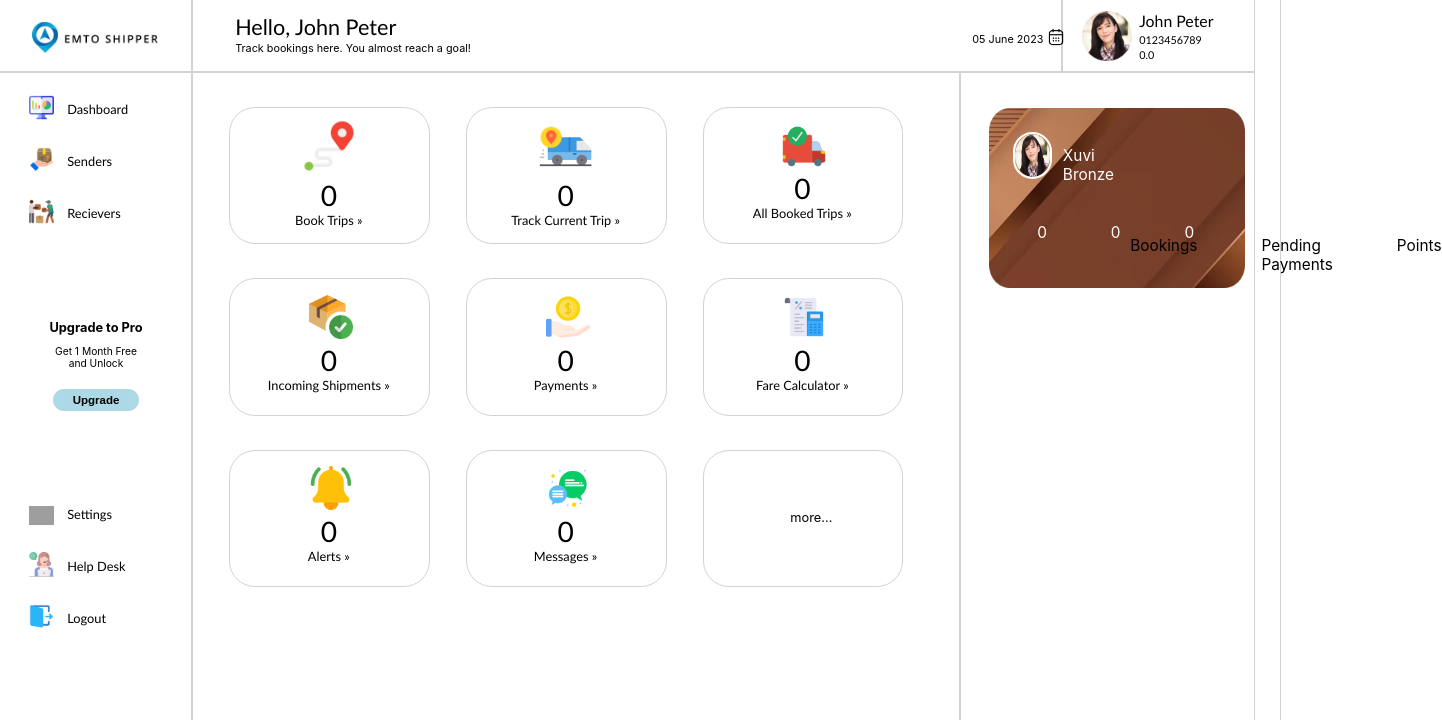
Repository: RoshanArun/Emto-Web
Page: /dashboard (app in emto/reactfirst/)
The author's editor kept a copy of each file at every save. The page is drawn from the files as they stood at one save, then again after the next save.
The browser window is 1280 px wide. The page is 1442 px wide, then 1339 px, so the pictures cover 1442 px, including what lies to the right of the window. The pictures show the whole page.
Pictures or frames that could not be fetched are drawn as grey boxes. The project was rebuilt for these pictures with package versions that can differ from the ones it lists, and the page was loaded fresh each time. Also part of the build but not shown: emto/reactfirst/src/pages/SignUp/SignUp.css, emto/reactfirst/src/pages/SignUp/SignUp.js, emto/reactfirst/src/pages/Login/Login.js.

Above is the page before, as saved 2023-07-30 02:13:24.

### emto/reactfirst/src/App.js
import React from 'react';
import './pages/Login/Login.css';
import './pages/SignUp/SignUp.css';
import './pages/DashBoard/DashBoard.css';

import { BrowserRouter as Router, Routes, Route }
    from 'react-router-dom';

import SignUp from './pages/SignUp/SignUp';
import Login from './pages/Login/Login';
import DashBoard from './pages/DashBoard/DashBoard';


function App() {
    return (
        <Router>
            <Routes>
                <Route exact path='/' element={<Login />} />
                <Route path='/sign-up' element={<SignUp />} />
                <Route path='/dashboard' element={<DashBoard />} />
            </Routes>
        </Router>
    );
}

export default App;

### emto/reactfirst/src/pages/Login/Login.css
.wrapper {
  width: 100%;
  height: 100%;
  display: flex;
  flex-basis: 100%;
}

.page-left {
  width: 30%;
  min-width: 250px;
  height: 100vh;
  min-height: 570px;
  background-color: #f5f5f5;
}

.page-right {
  width: 100%;
  height: 75vh;
  background-color: #ffffff;
}

.logo {
  width: 60%;
  padding-top: 5%;
  padding-left: 5%;
  padding-bottom: 35%;
}

.truck {
  width: 100%;
  padding-bottom: 10%;
}

.emtocaption {
  width: 65%;
  padding-left: 7%;
  padding-bottom: 5%;
}

.loginbox {
  width: 85%;
  background-color: white;
  border-radius: 25px;
  margin-left: 5%;
  padding-left: 5%;
  padding-top: 2%;
  padding-bottom: 10%;
}

.details {
  font-size: 13px;
  font-family: 'Gill Sans', 'Gill Sans MT', Calibri, 'Trebuchet MS', sans-serif;
  padding-bottom: 8%;
}

.link {
  font-size: 10px;
  font-family: 'Gill Sans', 'Gill Sans MT', Calibri, 'Trebuchet MS', sans-serif;
}

.signin-content {
  height: 85%;
  width: 240px;
  margin-left: auto;
  margin-right: auto;
  padding-top: 30vh;
  min-height: 300px;
}

.signin-label {
  font-size: 27px;
  padding-bottom: 10%;
  padding-right: 30%;
  font-family: 'Gill Sans', 'Gill Sans MT', Calibri, 'Trebuchet MS', sans-serif;
  float: left;
}

.num-label {
  float: left;
  font-size: 12px;
  margin-bottom: 7px;
  font-family: 'Gill Sans', 'Gill Sans MT', Calibri, 'Trebuchet MS', sans-serif;
}

.numinput {
  border-radius: 5px;
  border: 1px solid lightgrey;
  height: 35px;
  width: 235px;
  float: left;
}

input::-webkit-inner-spin-button {
  -webkit-appearance: none;
  margin: 0;
}

.small {
  display: block;
  margin-bottom: -10px;
}

.invalidnumber {
  font-size: 8px;
  float: right;
  color: red;
}

.OTP-label {
  float: left;
  font-size: 11px;
  margin-right: 200px;
  margin-bottom: 7px;
  font-family: 'Gill Sans', 'Gill Sans MT', Calibri, 'Trebuchet MS', sans-serif;
}

.OTPNUM-input {
  width: 50px;
  height: 50px;
  border-radius: 5px;
  border: 1px solid lightgrey;
  position: relative;
  margin-right: 6px;
}

.OTPNUM-inputend {
  width: 50px;
  height: 50px;
  border-radius: 5px;
  border: 1px solid lightgrey;
  position: relative;
}

.invalidOTP {
  font-size: 8px;
  float: right;
  color: red;
}

.submit-button {
  width: 240px;
  height: 35px;
  background-color: #0d69ae;
  color: white;
  border-radius: 5px;
  border: 1px solid lightgrey;
  font-family: 'Gill Sans', 'Gill Sans MT', Calibri, 'Trebuchet MS', sans-serif;
  font-size: 11px;
  margin-top: 10px;
}

.bottom {
  height: 5%;
  margin-top: 1.5%;
  width: 100%;
  font-size: 9px;
  font-family: 'Gill Sans', 'Gill Sans MT', Calibri, 'Trebuchet MS', sans-serif;
}

.terms {
  margin-left: 5px;
  float: left;
}

.language {
  font-size: 9px;
  float: right;
  font-family: 'Gill Sans', 'Gill Sans MT', Calibri, 'Trebuchet MS', sans-serif;
  padding: 3px;
  margin-right: 10px;
}

.radio-button {
  float: right;
  height: 10px;
  width: 10px;
}

@media (max-width: 600px) {
  .wrapper {
    flex-wrap: wrap;
  }

  div {
    flex-basis: 33%;
  }

  .page-left {
    width: 100%;
    min-width: 100%;
    height: 100%;
    background-color: #f5f5f5;
  }

  .box {
    width: 85%;
    background-color: white;
    border-radius: 25px;
    margin-left: 5%;
    padding-left: 5%;
    padding-top: 2%;
    padding-bottom: 5%;
    margin-bottom: 5%;
  }

  .page-right {
    width: 100%;
    min-width: 100%;
    height: 150vw;
    background-color: #f5f5f5;
  }

  .signin-content {
    height: 85%;
    width: 240px;
    padding-top: 25vh;
    text-align: center;

  }
}

### emto/reactfirst/src/pages/DashBoard/DashBoard.css
.dash {
  height: 100vh;
  width: 100vw;
  outline: 1px solid lightgray;
  min-width: 1025px;;
  display: flex;
  flex-wrap: wrap;
}

.top-logo {
  width: 15vw;
  height: 10vh;
  outline: 1px solid lightgray;
  min-height: 55px;;
  min-width: 150px;;
}

.top-intro {
  width: 68vw;
  height: 10vh;
  outline: 1px solid lightgray;
  min-width: 450px;
  min-height: 55px;;
  min-width: 680px;;
}

.top-profile {
  width: 15vw;
  height: 10vh;
  outline: 1px solid lightgray;
  min-width: 100px;
  min-height: 55px;;
  min-width: 165px;;
}

.bottom-options {
  width: 15vw;
  height: 90vh;
  outline: 1px solid lightgray;
  min-height: 450px;
  min-width: 150px;;
}

.bottom-info {
  width: 60vw;
  height: 90vh;
  outline: 1px solid lightgray;
  min-width: 600px;;
}

.bottom-profile {
  width: 23vw;
  height: 90vh;
  outline: 1px solid lightgray;
  min-width: 250px;
}


.dashboardlogo {
  width: 17.5vh;
  margin-top: 3vh;
  margin-left: 2.5vw;
  min-width: 100px;
}

.dashboardicon {
  margin-top: 12%;
  margin-left: 15%;
  width: 13%;
  min-width: 20px;
}

.dashboardlabels {
  margin-left: 7%;
  font-size: 1vw;
  position: relative;
  bottom: .5vw;
  font-family: 'Gill Sans', 'Gill Sans MT', Calibri, 'Trebuchet MS', sans-serif;
  color: black;
}

.pro {
  font-size: 1.0vw;
  font-weight: bold;
  text-align: center;
  display: block;
  margin-bottom: 5%;
  margin-top: 10vh;
}

.unlock {
  display: block;
  font-size: .8vw;
  word-wrap: break-word;
  text-align: center;

}

.unlock2 {
  font-size: .8vw;
  text-align: center;
  display: block;

}

.upgrade {
  background-color: lightblue;
  border: none;
  border-radius: 15px;
  width: 45%;
  height: 3.5%;
  margin-left: auto;
  margin-right: auto;
  display: grid;
  margin-bottom: 10vh;
  text-align: center;
  font-size: .9vw;
  font-weight: bold;
  align-items: center;
}

.intro {
  font-size: 3vh;
  font-family: 'Gill Sans', 'Gill Sans MT', Calibri, 'Trebuchet MS', sans-serif;
  padding-left: 6vh;
  margin-top: 2vh;
  display: inline-block;
}

.introsub {
  margin-left: 6vh;
  font-size: 1.5vh;
  margin-top: 2px;
  display: flex;
}


.Calender {
  position: relative;
  left: 45vw;
  top: 1vh;
  font-size: 1.5vh;
}

.calenderIcon {
  width: 2.5vh;
  position: relative;
  left: 45.25vw;
  top: 1.5vh;
  font-size: 1.5vh;
}

.profileIcon {
  width: 7vh;
  margin-left: 10%;
  margin-top: 1.5vh;
  min-width: 40px
}

.userLabel {
  margin-left: 6vw;
  font-size: 2.2vh;
  position: relative;
  bottom: 7.5vh;
  font-family: 'Gill Sans', 'Gill Sans MT', Calibri, 'Trebuchet MS', sans-serif;
  color: black;
  display: block;
  margin-bottom: -17.5px
}

.userLabel2 {
  margin-left: 6vw;
  font-size: 1.5vh;
  position: relative;
  bottom: 7.5vh;
  font-family: 'Gill Sans', 'Gill Sans MT', Calibri, 'Trebuchet MS', sans-serif;
  color: black;
  display: block;
  margin-bottom: -17.5px
}

.box {
  margin-top: 5vh;
  height: 6vh;
  width: 12.5vw;
  outline: 1px solid lightgray;
  display: inline-block;
  vertical-align: top;
  background-color: white;
  border-radius: 25px;
  margin-left: 5%;
  padding-left: 5%;
  padding-top: 2%;
  padding-bottom: 10%;
  min-width: 130px;
  min-height: 40px;

}

.boximage {
  width: 35%;
  margin-left: 20%;
  margin-top: -5px;
  margin-right: auto;
}

.boximage2 {
  width: 27.5%;
  margin-left: 25%;

}

.boxLabel {
  display: block;
  margin-left: 32.5%;
  font-size: 2.2vw;
  font-family: 'Gill Sans', 'Gill Sans MT', Calibri, 'Trebuchet MS', sans-serif;

}

.boxlabel2 {
  display: block;
  font-size: 1vw;
  text-align: center;
  margin-left: -25%;
  margin-top: -20px;
  font-family: 'Gill Sans', 'Gill Sans MT', Calibri, 'Trebuchet MS', sans-serif;
}

.more {
  margin-left: 30%;
  margin-top: 27.5%;
  display: block;
  font-size: 1vw;
}

.bronze{
  width: 20vw;
  height: 25vh;
  min-height: 140px;
  display: inline-block;
}

.bronzelabel{
  display: flex;
  margin-top: 15%;
  margin-left: 1vw;
  font-size: 1.2vw;
  color: white;
}

.bronzeicon{
  width: 6vh;
  height: 6vh;
  margin-left: -90%;
  margin-top: 10%;
  outline: 2px solid white;
  border-radius: 205px;
  min-width: 35px;
  min-height: 35px;
}

.bronzeInformation{
  display: flex;
  position: relative;
  right: 30%;
  margin-top: 45%;
  margin-right: 5vw;
  font-size: 1.2vw;
  color: white;
}


.bronzeInformation2{
  display: flex;
  position: relative;
  right: 80%;
  margin-top: 50%;
  margin-right: 5vw;
  font-size: 1.2vw;
  color: black;
}

.box2{
  margin-top: 5vh;
  height: 25vh;
  width: 20vw;
  display: flex;
  vertical-align: top;
  background-color: white;
  margin-left: 10%;
  min-width: 130px;
  min-height: 130px;
}

### emto/reactfirst/src/pages/DashBoard/DashBoard.js
import React from 'react';
import IMAGES from '../../Components';

const DashBoard = () => {
    return (
        <div class="DashBoard">
            <meta name="viewport" content="width=device-width, initial-scale=1.0" />
            <div class="wrapper">
                <div class="dash">
                    <div class="top-logo">
                        <img src={IMAGES.emtologo} class="dashboardlogo" alt="dashboardlogo" /><br></br>
                    </div>
                    <div class="top-intro">
                        <label class="intro">Hello, John Peter</label>
                        <label class="Calender">05 June 2023</label>
                        <img src={IMAGES.calender} class="calenderIcon" alt="dashboardlogo" /><br></br>
                        <label class="introsub">Track bookings here. You almost reach a goal!</label>
                    </div>
                    <div class="top-profile">
                        <img src={IMAGES.profile} class="profileIcon" alt="dashboardlogo" />
                        <label class="userLabel">John Peter</label><br></br>
                        <label class="userLabel2">0123456789</label><br></br>
                        <label class="userLabel2">0.0</label><br></br>
                    </div>

                    <div class="bottom-options">
                        <img src={IMAGES.dashboard} class="dashboardicon" alt="dashboardlogo" /><label class="dashboardlabels">Dashboard</label><br></br>
                        <img src={IMAGES.senders} class="dashboardicon" alt="dashboardlogo" /><label class="dashboardlabels">Senders</label><br></br>
                        <img src={IMAGES.recievers} class="dashboardicon" alt="dashboardlogo" /><label class="dashboardlabels">Recievers</label><br></br><br></br>
                        <label class="pro">Upgrade to Pro</label>
                        <label class="unlock">Get 1 Month Free</label>
                        <label class="unlock2">and Unlock</label><br></br>
                        <button class="upgrade">Upgrade</button>
                        <img src={IMAGES.settings} class="dashboardicon" alt="dashboardlogo" /><label class="dashboardlabels">Settings</label><br></br>
                        <img src={IMAGES.csx} class="dashboardicon" alt="dashboardlogo" /><label class="dashboardlabels">Help Desk</label><br></br>
                        <img src={IMAGES.logout} class="dashboardicon" alt="dashboardlogo" /><label class="dashboardlabels">Logout</label><br></br>
                    </div>

                    <div class="bottom-info">
                        <div class="box">
                            <img src={IMAGES.booktrips} class="boximage" alt="dashboardlogo" />
                            <label class="boxLabel">0</label><br></br>
                            <label class="boxlabel2">Book Trips 	&#187;</label>
                        </div>
                        <div class="box">
                            <img src={IMAGES.currenttTrips} class="boximage" alt="dashboardlogo" />
                            <label class="boxLabel">0</label><br></br>
                            <label class="boxlabel2">Track Current Trip	&#187;</label>
                        </div>
                        <div class="box">
                            <img src={IMAGES.bookedTrips} class="boximage2" alt="dashboardlogo" />
                            <label class="boxLabel">0</label><br></br>
                            <label class="boxlabel2">All Booked Trips	&#187;</label>
                        </div>
                        <div class="box">
                            <img src={IMAGES.incomingShipments} class="boximage2" alt="dashboardlogo" />
                            <label class="boxLabel">0</label><br></br>
                            <label class="boxlabel2">Incoming Shipments	&#187;</label>
                        </div>
                        <div class="box">
                            <img src={IMAGES.payments} class="boximage2" alt="dashboardlogo" />
                            <label class="boxLabel">0</label><br></br>
                            <label class="boxlabel2">Payments	&#187;</label>
                        </div>
                        <div class="box">
                            <img src={IMAGES.fareCalc} class="boximage2" alt="dashboardlogo" />
                            <label class="boxLabel">0</label><br></br>
                            <label class="boxlabel2">Fare Calculator	&#187;</label>
                        </div>
                        <div class="box">
                            <img src={IMAGES.alerts} class="boximage2" alt="dashboardlogo" />
                            <label class="boxLabel">0</label><br></br>
                            <label class="boxlabel2">Alerts	&#187;</label>
                        </div>
                        <div class="box">
                            <img src={IMAGES.messages} class="boximage2" alt="dashboardlogo" />
                            <label class="boxLabel">0</label><br></br>
                            <label class="boxlabel2">Messages	&#187;</label>
                        </div>
                        <div class="box">
                            <label class="more">more...</label><br></br>
                        </div>
                    </div>

                    <div class="bottom-profile">
                        <div class='box2'>
                            <img src={IMAGES.bronze} class="bronze" alt="dashboardlogo" />
                            <img src={IMAGES.profile} class="bronzeicon" alt="dashboardlogo" />
                            <label class="bronzelabel">Xuvi Bronze</label><br></br>
                            <label class="bronzeInformation">0</label><br></br>
                            <label class="bronzeInformation">0</label><br></br>
                            <label class="bronzeInformation">0</label><br></br>
                            <label class="bronzeInformation2">Bookings</label><br></br>
                            <label class="bronzeInformation2">Pending Payments</label><br></br>
                            <label class="bronzeInformation2">Points</label><br></br>

                        </div>


                        {/* <img src={IMAGES.bronze} class="box-banner2" alt="dashboardlogo" /> */}
                    </div>
                </div>
            </div>
        </div>
    );
}
export default DashBoard;

### emto/reactfirst/src/Components/index.js
const IMAGES = {
    emtocaption: require('./emto-caption.png'),
    emtotruck: require('./emtotruck.jpg'),
    emtologo: require('./emto-logo.png'),

    dashboard: require('./business-report.png'),
    senders: require('./senders.png'),
    recievers: require('./recievers.png'),

    settings: require('./settings.png'),
    csx: require('./customer-service.png'),
    logout: require('./logout.png'),

    calender: require('./calendar.png'),
    profile: require('./profile.png'),

    booktrips: require('./destination.png'),
    currenttTrips: require('./tracking.png'),
    bookedTrips: require('./truck.png'),
    incomingShipments: require('./approval.png'),
    payments: require('./cash-payment.png'),
    fareCalc: require('./calculator.png'),
    alerts: require('./bell.png'),
    messages: require('./chat-box.png'),

    bronze: require('./bronze-bg.png')
}

export default IMAGES;

Loaded but not shown: emto/reactfirst/public/index.html (common file); emto/reactfirst/src/index.js (common file); emto/reactfirst/src/index.css (common file); emto/reactfirst/src/reportWebVitals.js (common file)

After the next save:
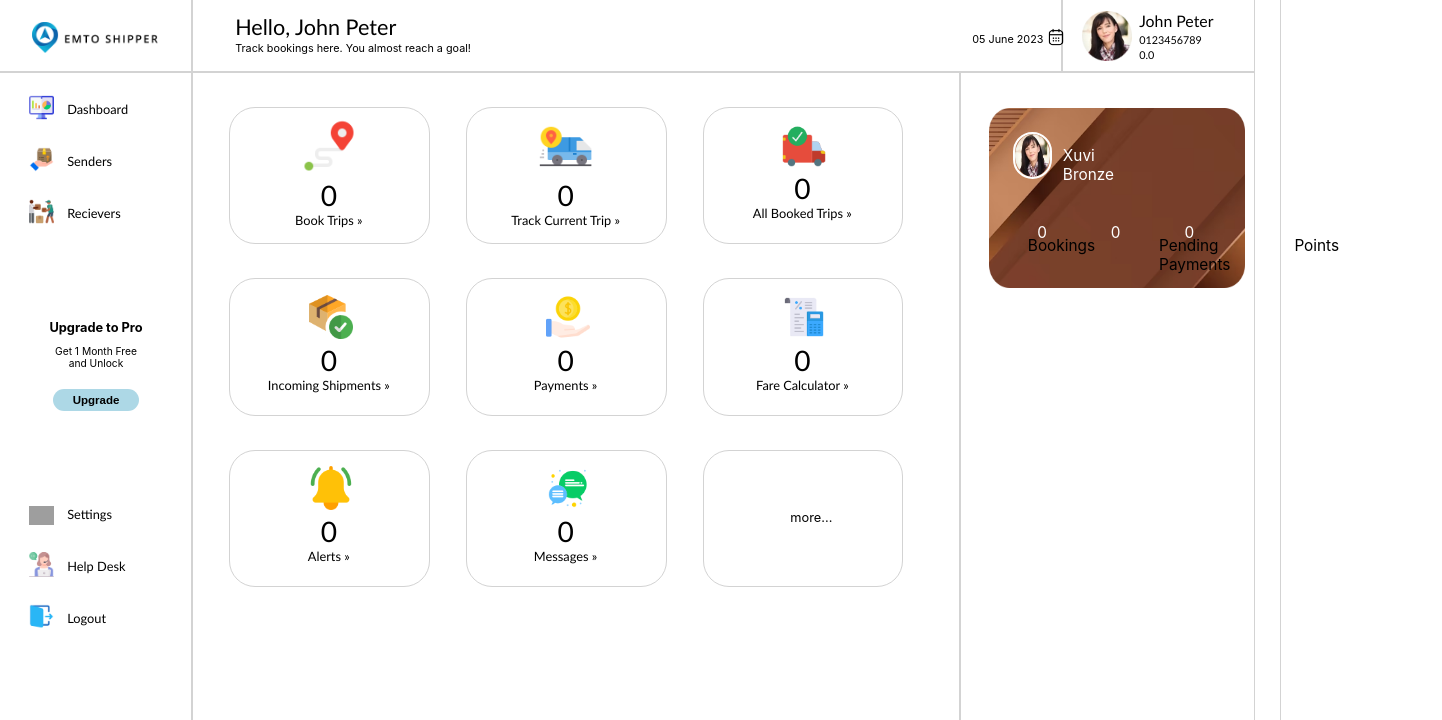
Saved 4 s later.
--- a/emto/reactfirst/src/pages/DashBoard/DashBoard.css
+++ b/emto/reactfirst/src/pages/DashBoard/DashBoard.css
@@ -274,7 +274,7 @@
 .bronzeInformation2{
   display: flex;
   position: relative;
-  right: 80%;
+  right: 120%;
   margin-top: 50%;
   margin-right: 5vw;
   font-size: 1.2vw;
